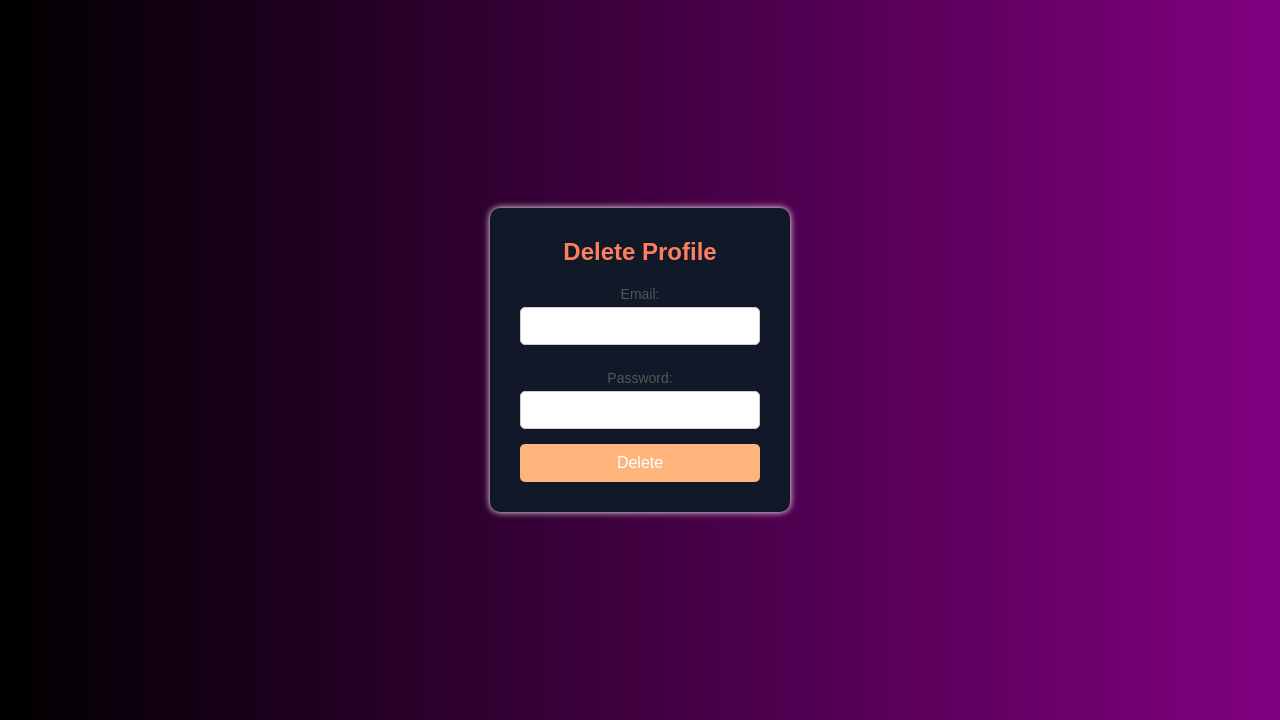
Repository: PeruriNaresh/Bank_Project
Page: http://localhost/bank_project/Delete.jsp
These files come from the project's save history. The page is drawn as it stood at one moment and after the next save; the edit follows.
The browser window is 1280 px wide. The pictures show the whole page.
The pointer rests on the first visible `input[type="submit"]`.
The page is served by Tomcat 9. Other server files are loaded and not shown.

Above is the page before, as saved 2024-10-25 16:38:19.

### bank_project/src/main/webapp/Delete.jsp
<%@ page language="java" contentType="text/html; charset=UTF-8"
    pageEncoding="UTF-8"%>
<!DOCTYPE html>
<html>
<head>
<meta charset="UTF-8">
<title>Delete Profile</title>
</head>
<style>
* {
    margin: 0;
    padding: 0;
    box-sizing: border-box;
}

body {
    font-family: 'Arial', sans-serif;
    background: linear-gradient(to right, black, purple );
    height: 100vh;
    display: flex;
    justify-content: center;
    align-items: center;
}

.container {
    background-color: rgba(17, 24, 39, 1);
    padding: 30px;
    border-radius: 10px;
    box-shadow: 0 10px 20px rgba(0, 0, 0, 0.2);
    width: 300px;
    text-align: center;
    box-shadow:0px 0px 7px white;
}

h1 {
    color: #ff7e5f;
    margin-bottom: 20px;
    font-size: 24px;
}

label {
    display: block;
    margin: 10px 0 5px;
    color: #555;
    font-size: 14px;
}

input[type="email"],
input[type="password"] {
    width: 100%;
    padding: 10px;
    margin-bottom: 15px;
    border: 1px solid #ccc;
    border-radius: 5px;
    font-size: 14px;
}

input[type="submit"] {
    background-color: #ff7e5f;
    color: white;
    border: none;
    padding: 10px;
    width: 100%;
    border-radius: 5px;
    cursor: pointer;
    font-size: 16px;
}

input[type="submit"]:hover {
    background-color: #feb47b;
}


</style>
<body>
 <div class="container">
        <h1>Delete Profile</h1>
        <form action="delete" method="post">
            <label for="email">Email:</label>
            <input type="email" id="email" name="email" required>
            <label for="password">Password:</label>
            <input type="password" id="password" name="password" required>
            <% String msg=(String)request.getAttribute("msg");
            if(msg!=null)
            {
            	out.println("<p style='color:white'>"+msg+"</p>");
            }%>
            <br>
            <input type="submit" value="Delete">
        </form>
    </div>
</body>
</html>

After the next save:
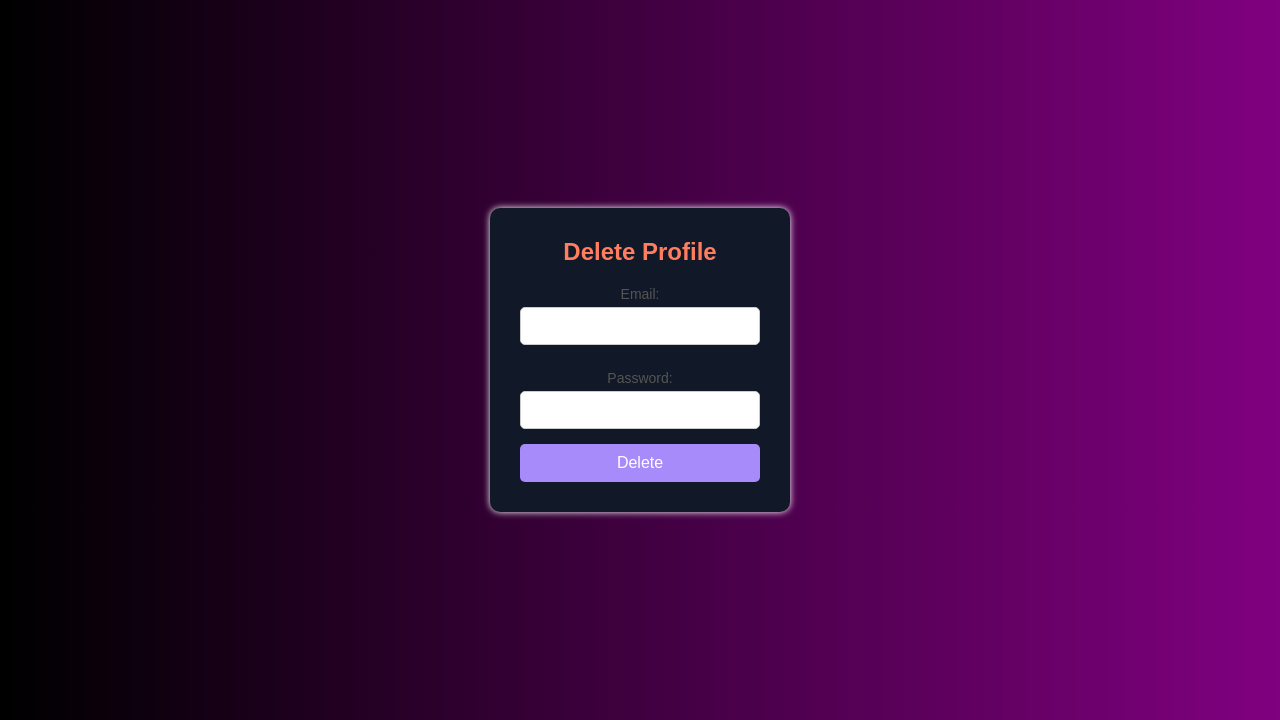
Saved 40 s later.
--- a/bank_project/src/main/webapp/Delete.jsp
+++ b/bank_project/src/main/webapp/Delete.jsp
@@ -67,7 +67,7 @@
 }
 
 input[type="submit"]:hover {
-    background-color: #feb47b;
+   background-color: rgba(167, 139, 250, 1);
 }
 
 
